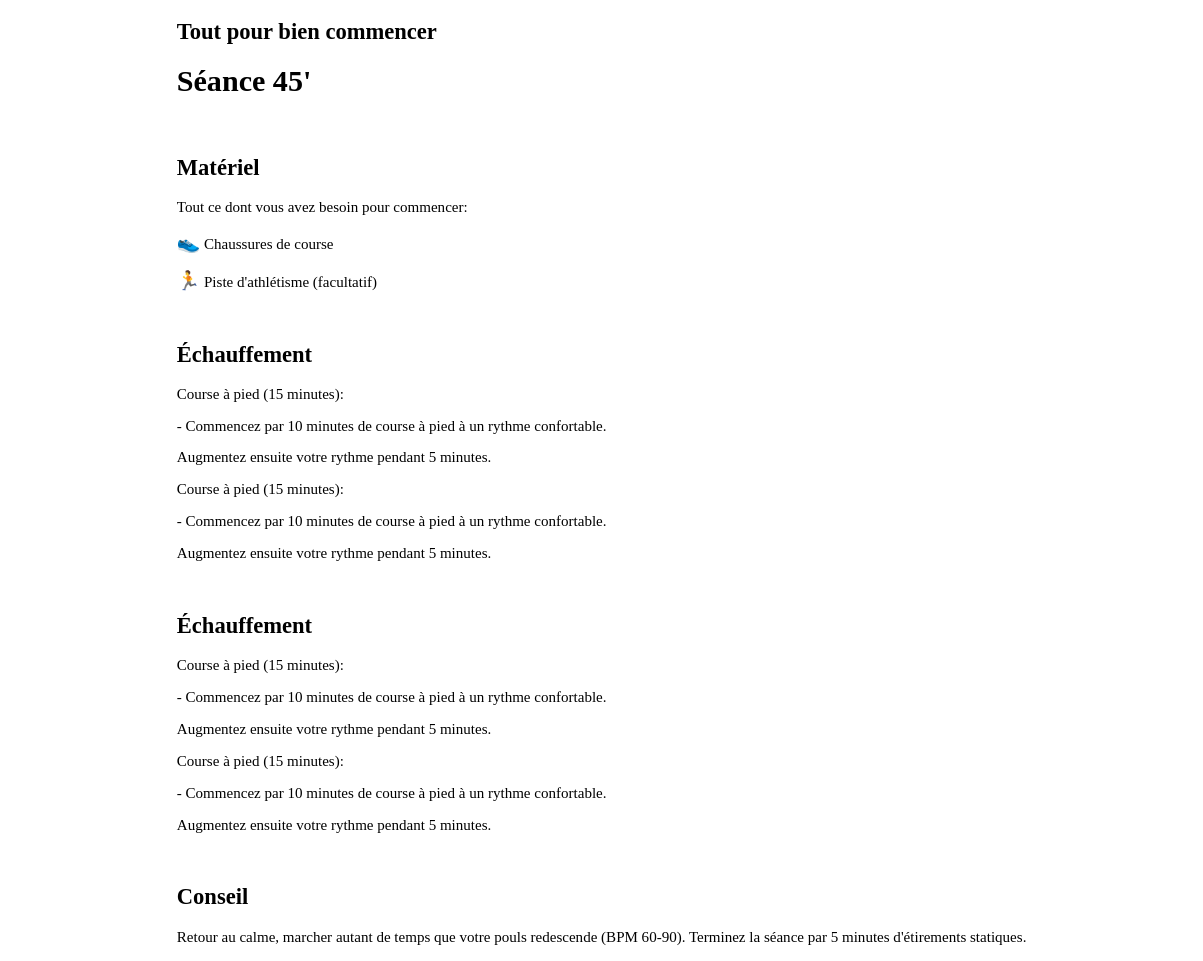
Repository: AdilGHAZAL/MosaiqueWebdoc
Page: /
These files come from the project's save history. The page is drawn as it stood at one moment and after the next save; the edit follows.
The browser window is 1280 px wide. The pictures show the whole page, at 94% of full size.
Some web fonts or font styles are not loaded; a fallback is used. The project was rebuilt for these pictures with package versions that can differ from the ones it lists, and the page was loaded fresh each time. Also part of the build but not shown: vite.config.js, src/App.css, src/components/Navbar.css, src/components/Navbar.jsx, src/components/Athletes.css, src/components/Athletes.jsx, src/components/Athletes2.jsx, src/components/Athletes3.jsx and 18 more.

Above is the page before, as saved 2024-05-02 16:19:45.

### index.html
<!doctype html>
<html lang="en">
  <head>
    <meta charset="UTF-8" />
    <link rel="icon" type="image/svg+xml" href="./src/logos/logoMosaique.svg" />
    <meta name="viewport" content="width=device-width, initial-scale=1.0" />
    <title>Mosaique</title>
    <link rel="preconnect" href="https://fonts.googleapis.com">
<link rel="preconnect" href="https://fonts.gstatic.com" crossorigin>
<link href="https://fonts.googleapis.com/css2?family=Mina:wght@400;700&display=swap" rel="stylesheet">
  </head>
  <body>
    <div id="root"></div>
    <script type="module" src="/src/main.jsx"></script>
  </body>
</html>

### src/App.jsx
// App.jsx
import React from 'react';
import { BrowserRouter as Router, Routes, Route} from 'react-router-dom';
import './App.css'; // Import the CSS file
import HomePage from './components/HomePage';
import Athlete1 from './Athelete1/Athlete1'; // Import the NouvellePage component
import LoginScreen from './LoginScreen';
import MainView from './backoffice';
import TrainingPage from './TrainingPage';
const App = () => {
    return (
        <Router>

                <Routes>
                    <Route path="/" element={<TrainingPage/>} />
                    <Route path="/Athlete1" element={<Athlete1/>} />
                    <Route path="/login" element={<LoginScreen/>  }/>
                    <Route path='/backoffice'element={<MainView/>}/>
                </Routes>

        </Router>
    );
};

export default App;

### src/index.css
:root {
  --rose: #E9257F

}

### src/TrainingPage.jsx
import React from 'react';
import './TrainingPage.css';  // Assurez-vous que le chemin vers le fichier CSS est correct

const TrainingPage = () => {
  return (
    <div className="containerTraining">
      <section className="session-info">
        <h2>Tout pour bien commencer</h2>

      </section>

      <div className="sectionMaterial">
        <h1>Séance 45'</h1>
        <img src="" alt="" />
        <h2>Matériel</h2>
        <p>Tout ce dont vous avez besoin pour commencer:</p>
        <p><span className="icon">&#128095;</span> Chaussures de course</p>
        <p><span className="icon">&#127939;</span> Piste d'athlétisme (facultatif)</p>
      </div>

      <div className="sectionwarm-up">
        <img src="" alt="" />
        <h2>Échauffement</h2>
        <span>
        <p>Course à pied (15 minutes):
          <p>
          - Commencez par 10 minutes de course à pied à un rythme confortable.
          </p>
          <p>Augmentez ensuite votre rythme pendant 5 minutes.</p>
        </p>
        </span>
        <span>
        <p>Course à pied (15 minutes):
          <p>
          - Commencez par 10 minutes de course à pied à un rythme confortable.
          </p>
          <p>Augmentez ensuite votre rythme pendant 5 minutes.</p>
        </p>
        </span>
      </div>

      <div className="sectionTraining">
      <img src="" alt="" />
        <h2>Échauffement</h2>
        <span>
        <p>Course à pied (15 minutes):
          <p>
          - Commencez par 10 minutes de course à pied à un rythme confortable.
          </p>
          <p>Augmentez ensuite votre rythme pendant 5 minutes.</p>
        </p>
        </span>
        <span>
        <p>Course à pied (15 minutes):
          <p>
          - Commencez par 10 minutes de course à pied à un rythme confortable.
          </p>
          <p>Augmentez ensuite votre rythme pendant 5 minutes.</p>
        </p>
        </span>
      </div>

      <div className="sectionAdvice">
        <img src="" alt="" />
        <h2>Conseil</h2>
        <p>Retour au calme, marcher autant de temps que votre pouls redescende (BPM 60-90). Terminez la séance par 5 minutes d'étirements statiques.</p>
      </div>
    </div>
  );
};

export default TrainingPage;

### src/components/HomePage.css
/* App.css */
body {
    margin: 0;
    background-color: #ffffff;
    color: #000000;
    display: flex;
    flex-direction: column;
    align-items: center;
    justify-content: center;
    min-height: 100vh;

  }

  .app-container {
      font-family: "SF Pro Display-Medium", Helvetica;
    width: 100vw;
    height: 100%;
    min-height: 100vh;
    /*  background-image: url('./assets/ub1.png');*/
    display: flex;
    flex-direction: column;
    margin: auto;
    background-color: #ffffff;
  }

  .main-title {
    font-family: 'SF Pro Display', sans-serif;
    font-size: 70px;
    font-weight: 500;
    line-height: 83.54px;
    text-align: center;
    margin-top: 100px;
  }

  .bold-text {
    font-weight: 700;
  }

  .content {
    padding: 20px;
    width: 100%;
    max-width: 1200px;
    margin: auto;

  }

  .UBimage {
    width: auto;
  }

  .bottom-text {
    font-size: 18px;
    text-align: center;
    margin-top: 30px;
  }
  .scroll-reveal > * {
    /* text-align: justify; */
    display: inline;
    color:hsl(0deg 22.14% 64.8% / 20%);
    font-size: 60px;
    font-weight: 500;
    background-clip: text;
    background-repeat: no-repeat;
    background-size: 0% 100%;
    background-image: linear-gradient( #E9257F, #ce1f71 );
    animation: scroll-reveal linear forwards;
    animation-timeline: view();
  }

  .scroll-text {

    text-align: justify;
  }
  @keyframes scroll-reveal {
    to {
      background-size: 100% 100%;
    }
  }
  .scroll-reveal p {
    /* font-family: SF Pro Display; */


  }

  .scrollPhotos {
    display: flex;
    justify-content: flex-start; /* Align photos to the maximum left */
    width: 100%;
    overflow-x: auto; /* Enable horizontal scrolling if photos exceed container width */
    padding: 20px 0; /* Optional padding */
  }

### src/TrainingPage.css
.container {
    font-family: 'Arial', sans-serif;
    width: 800px;
    margin: 20px auto;
    color: #333;
    background: #fff;
  }

  h1, h2 {
    color: #000;
  }

  .section {
    margin-bottom: 20px;
    padding: 20px;
    background-color: #f4f4f4;
  }

  .session-info h1 {
    font-size: 36px;
    text-align: center;
  }

  .material p, .warm-up p, .training p, .advice p {
    margin: 10px 0;
    line-height: 1.6;
  }

  .icon {
    font-size: 20px; /* Adjust size according to your preference */
  }

  /* Add additional styling here based on further requirements */

Loaded but not shown: src/main.jsx (common file)

After the next save:
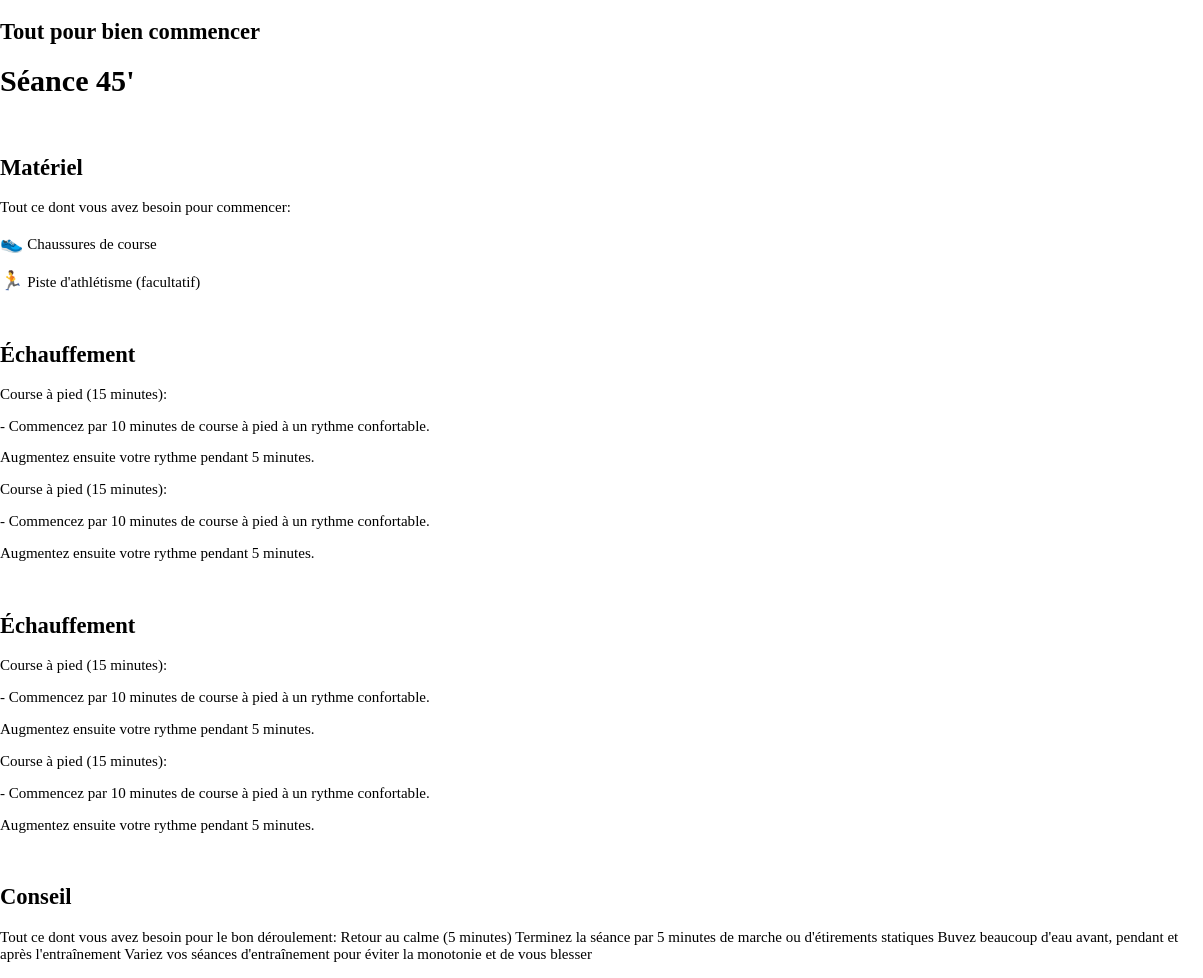
Saved 35 s later.
--- a/src/TrainingPage.jsx
+++ b/src/TrainingPage.jsx
@@ -63,7 +63,17 @@
       <div className="sectionAdvice">
         <img src="" alt="" />
         <h2>Conseil</h2>
-        <p>Retour au calme, marcher autant de temps que votre pouls redescende (BPM 60-90). Terminez la séance par 5 minutes d'étirements statiques.</p>
+        <p>
+        Tout ce dont vous avez besoin pour le bon déroulement:
+
+Retour au calme (5 minutes)
+
+Terminez la séance par 5 minutes de marche ou d'étirements statiques
+
+Buvez beaucoup d'eau avant, pendant et après l'entraînement
+
+Variez vos séances d'entraînement pour éviter la monotonie et de vous blesser
+        </p>
       </div>
     </div>
   );
